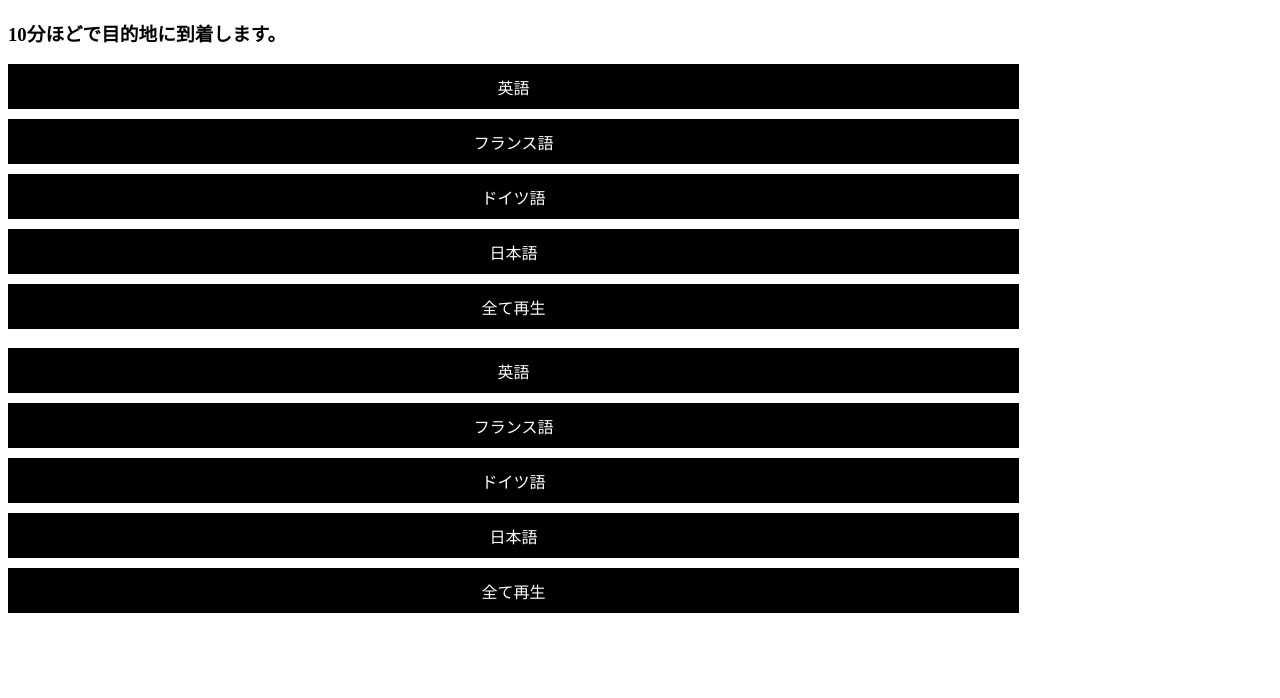
Repository: MBR3/MBR3.github.io
Page: index.html
These files come from the project's save history. The page is drawn as it stood at one moment and after the next save; the edit follows.
The browser window is 1280 px wide. The pictures show the whole page.

Above is the page before, as saved 2022-10-22 13:13:52.

After the next save:
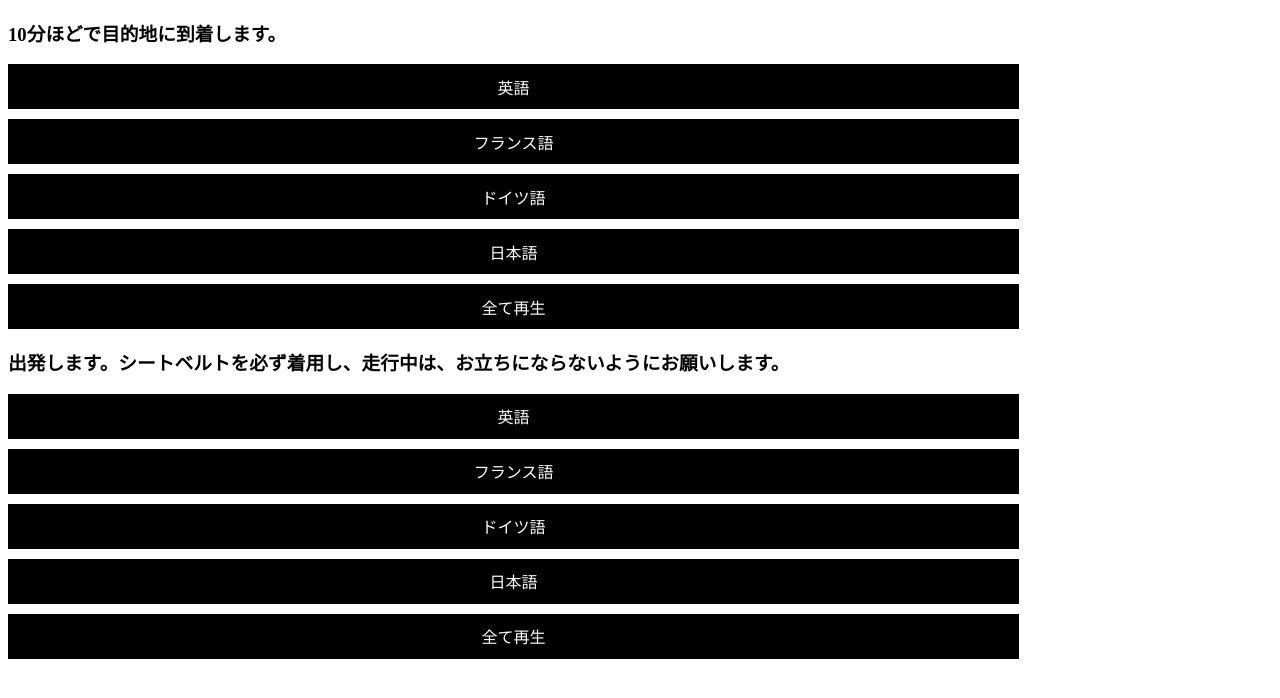
Saved 39 s later.
--- a/index.html
+++ b/index.html
@@ -34,7 +34,7 @@
             <source src="./audio/all-10.mp3" type="audio/mp3">
         </audio>
 
-<h3></h3>
+        <h3>出発します。シートベルトを必ず着用し、走行中は、お立ちにならないようにお願いします。</h3>
 
         <div class="btn" onclick="eng_dep_audio()">英語</div>
         <audio id="eng_btn_dep_audio">
